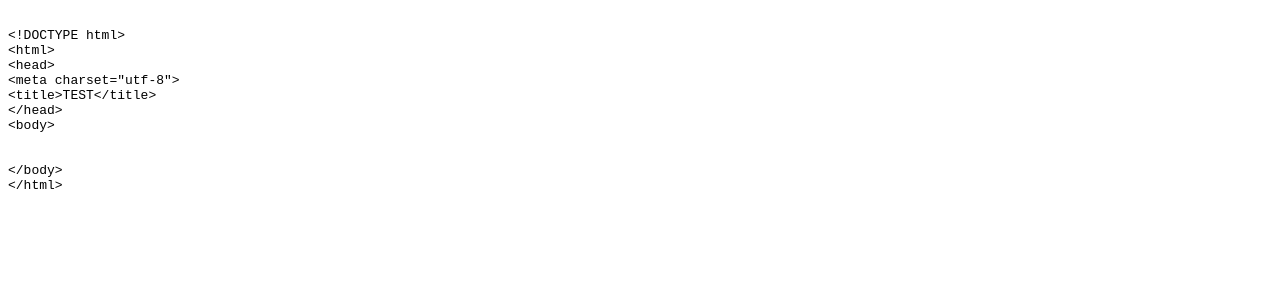
Repository: Wildbird-Yachou/test
Page: http://localhost/HelloJSP/
An editor plug-in stored every save of this project. The page is shown before and after the next save, followed by the edit.
The browser window is 1280 px wide. The pictures show the whole page.
The page is served by Tomcat 9.

Above is the page before, as saved 2018-07-11 10:40:16.

After the next save:
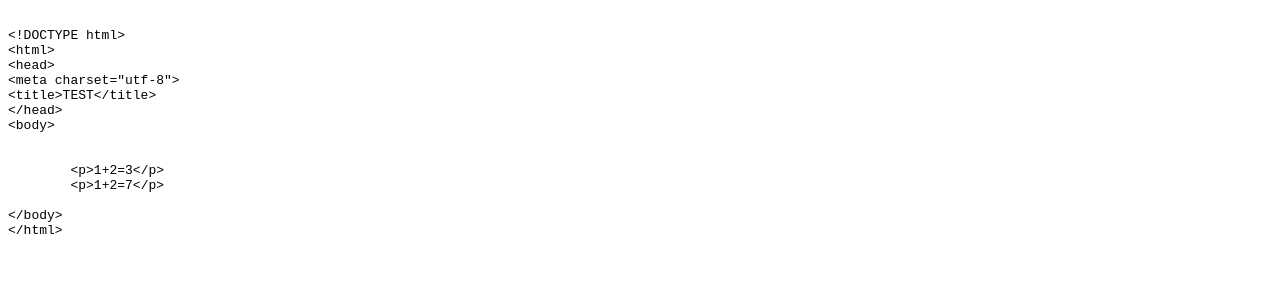
Saved 64 s later.
--- a/HelloJSP/WebContent/index.jsp
+++ b/HelloJSP/WebContent/index.jsp
@@ -11,5 +11,8 @@
 	}
 	%>
 
+	<p>1+2=<%=add(1,2) %></p>
+	<p>1+2=<%=add(3,4) %></p>
+
 </body>
 </html>
